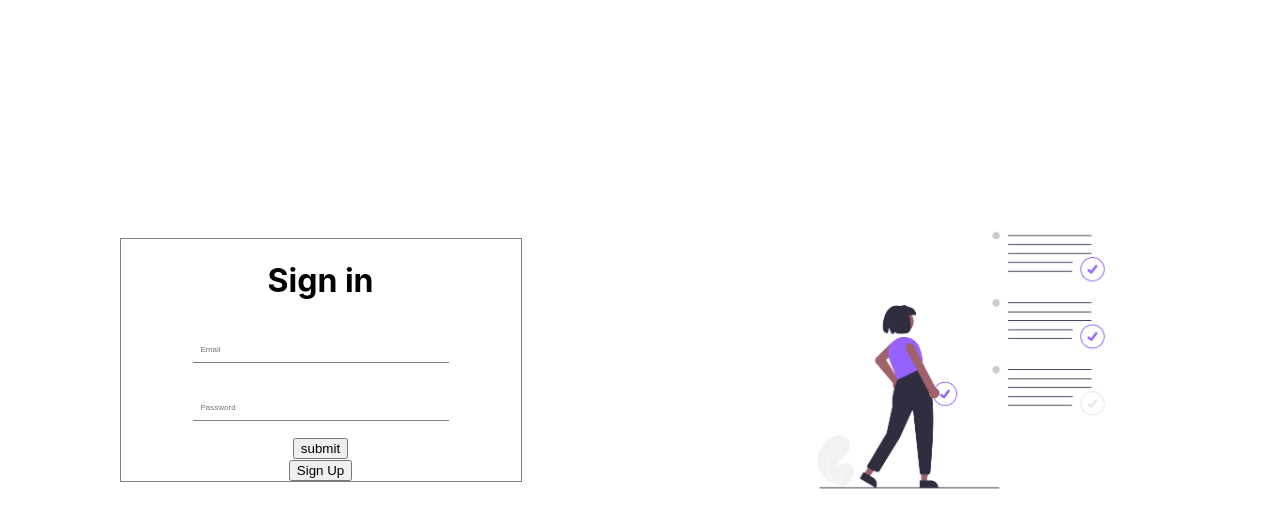
Repository: EEOOOO/wanted-pre-onboarding-fe
Page: / (app in to-do-list-app/)
These files come from the project's save history. The page is drawn as it stood at one moment and after a run of saves; the edit follows.
The browser window is 1280 px wide. The pictures show the whole page.
The project was rebuilt for these pictures with package versions that can differ from the ones it lists, and the page was loaded fresh each time. Also part of the build but not shown: to-do-list-app/src/components/sign_in/sign_in.module.css, to-do-list-app/src/components/sign_up/sign_up.module.css, to-do-list-app/src/components/sign_up/sign_up.jsx, to-do-list-app/src/components/todoList/todo_list.jsx.

Above is the page before, as saved 2022-08-22 00:07:34.

### to-do-list-app/public/index.html
<!DOCTYPE html>
<html lang="en">
  <head>
    <meta charset="utf-8" />
    <link rel="icon" href="%PUBLIC_URL%/logo.png" />
    <meta name="viewport" content="width=device-width, initial-scale=1" />
    <meta name="theme-color" content="#000000" />
    <meta
      name="description"
      content="Web site created using create-react-app"
    />
    <link rel="apple-touch-icon" href="%PUBLIC_URL%/logo.png" />
    <link rel="manifest" href="%PUBLIC_URL%/manifest.json" />
    <title>Todo List App</title>
  </head>
  <body>
    <div id="root"></div>
  </body>
</html>

### to-do-list-app/src/App.js
import style from './app.module.css';
import { Routes, Route } from 'react-router-dom'
import Login from './components/login/login';
import TodoList from './components/todoList/todo_list';

function App() {
  return <div className={style.App}>
    <Routes>
      <Route path="/" element={<Login/>}></Route>
      <Route path="todo" element={<TodoList/>}></Route>
    </Routes>
  </div>
}

export default App;

### to-do-list-app/src/components/login/login.jsx
import React, { useState } from 'react';
import SignIn from '../sign_in/sign_in';
import SignUp from '../sign_up/sign_up';
import style from '../login/login.module.css';
import loginImage from '../login/login_img.png';

const Login = (props) => {
    const goTosignUp = () => {
        setViewableScreen(<SignUp/>)
    }
    const signIn = <SignIn goToSignUp={goTosignUp}/>
    let [viewableScreen, setViewableScreen] = useState(signIn);
    return (
        <div className={style.login}>
            <div className={style.inputContainer}>{viewableScreen}</div>
            <img src={loginImage} className={style.coverImage}/>
        </div>
    )
}

export default Login;

### to-do-list-app/src/components/sign_in/sign_in.jsx
import React from 'react';
import LoginInputForm from '../login_input_form/login_input_form';
import style from '../sign_in/sign_in.module.css'

const SignIn = ({goToSignUp}) => {
    const handleSignInSubmit = (event) => {
        //event.preventDefault();
        console.log(event);
    }
    return(
        <div className={style.signIn}>
            <h1>Sign in</h1>
            <LoginInputForm handleSubmit={handleSignInSubmit}/>
            <button className={style.signUp} onClick={goToSignUp}>Sign Up</button>
        </div>
    )
}

export default SignIn;

### to-do-list-app/src/components/login/login.module.css
.login {
  display: flex;
  height: 100vh;
  justify-content: space-around;
  align-items: center;
}
.inputContainer {
  width: 50%;
  border: 1px solid gray;
  min-width: 235px;
  max-width: 400px;
}
.coverImage {
  width: 50%;
  min-width: 235px;
  max-width: 400px;
}

### to-do-list-app/src/components/login_input_form/login_input_form.jsx
import React from 'react';
import style from '../login_input_form/login_input_form.module.css';
const LoginInputForm = ({handleSubmit}) => {
    return (
    <form className={style.inputForm} onSubmit={handleSubmit}>
        <div className={style.email}>
            <input
            type="text"
            className={style.inputEmail}
            placeholder='Email'></input>
        </div>
        <div className={style.password}>
            <input
            type="text"
            className={style.inputPassWord}
            placeholder='Password'></input>
        </div>
        <button type="submit" className={style.submitButton}>submit</button>
    </form>
    );
};

export default LoginInputForm;

### to-do-list-app/src/components/login_input_form/login_input_form.module.css
.email,
.password {
  display: flex;
  flex-direction: column;
  align-items: center;
}
input {
  width: 60%;
  font-size: 0.5rem;
  padding: 0.5rem;
  margin: 1rem;
  border: none;
  border-bottom: 0.5px solid gray;
}

Loaded but not shown: to-do-list-app/src/index.js (common file); to-do-list-app/src/index.css (common file); to-do-list-app/src/reportWebVitals.js (common file); to-do-list-app/src/app.module.css (common file); to-do-list-app/src/components/sign_in/sign_in.module.css (no copy from this time; the picture is the same without it)

After the next 2 saves:
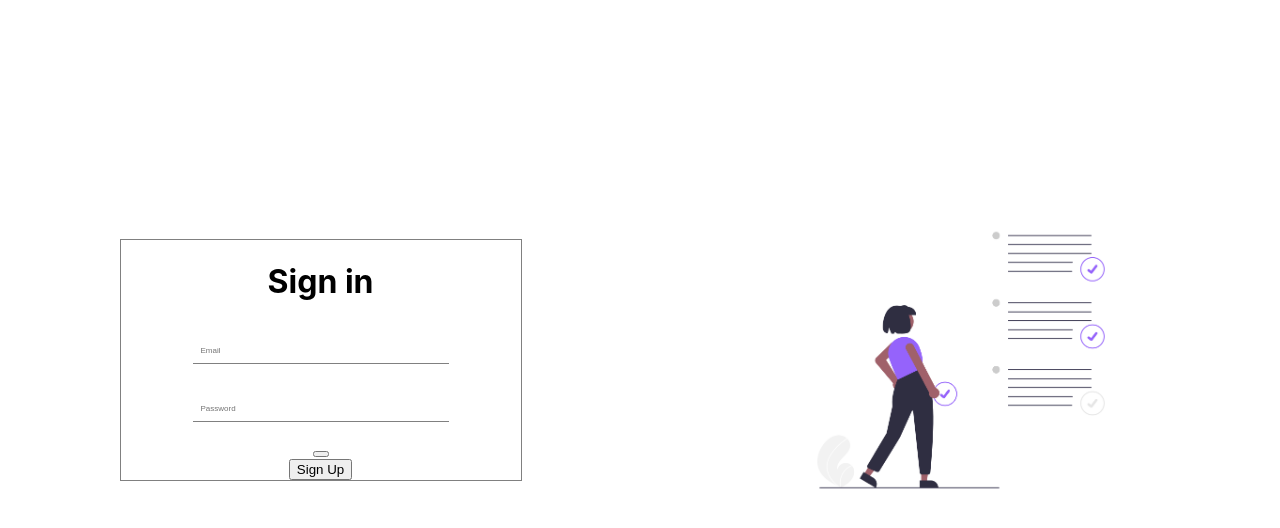
The 2 saves are shown as one change because they came seconds apart.
The last was saved 51 s later.
--- a/to-do-list-app/src/components/login_input_form/login_input_form.jsx
+++ b/to-do-list-app/src/components/login_input_form/login_input_form.jsx
@@ -1,6 +1,6 @@
 import React from 'react';
 import style from '../login_input_form/login_input_form.module.css';
-const LoginInputForm = ({handleSubmit}) => {
+const LoginInputForm = ({handleSubmit, submitContent}) => {
     return (
     <form className={style.inputForm} onSubmit={handleSubmit}>
         <div className={style.email}>
@@ -15,7 +15,7 @@ const LoginInputForm = ({handleSubmit}) => {
             className={style.inputPassWord}
             placeholder='Password'></input>
         </div>
-        <button type="submit" className={style.submitButton}>submit</button>
+        <button type="submit" className={style.submitButton}>{submitContent}</button>
     </form>
     );
 };
